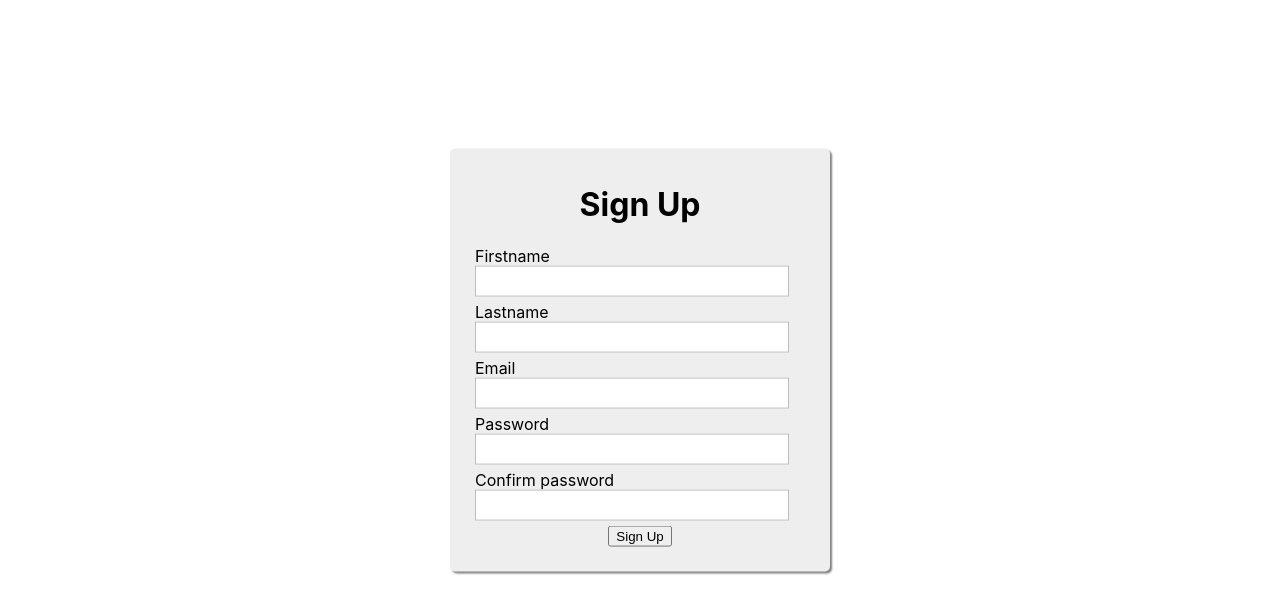
Repository: khamraeva/JSP-homework1-sighup
Page: /
An editor plug-in stored every save of this project. The page is shown before and after the next save, followed by the edit.
The browser window is 1280 px wide. The pictures show the whole page.
The project was rebuilt for these pictures with package versions that can differ from the ones it lists, and the page was loaded fresh each time. Also part of the build but not shown: src/App.css.

Above is the page before, as saved 2020-07-22 17:13:36.

After the next save:
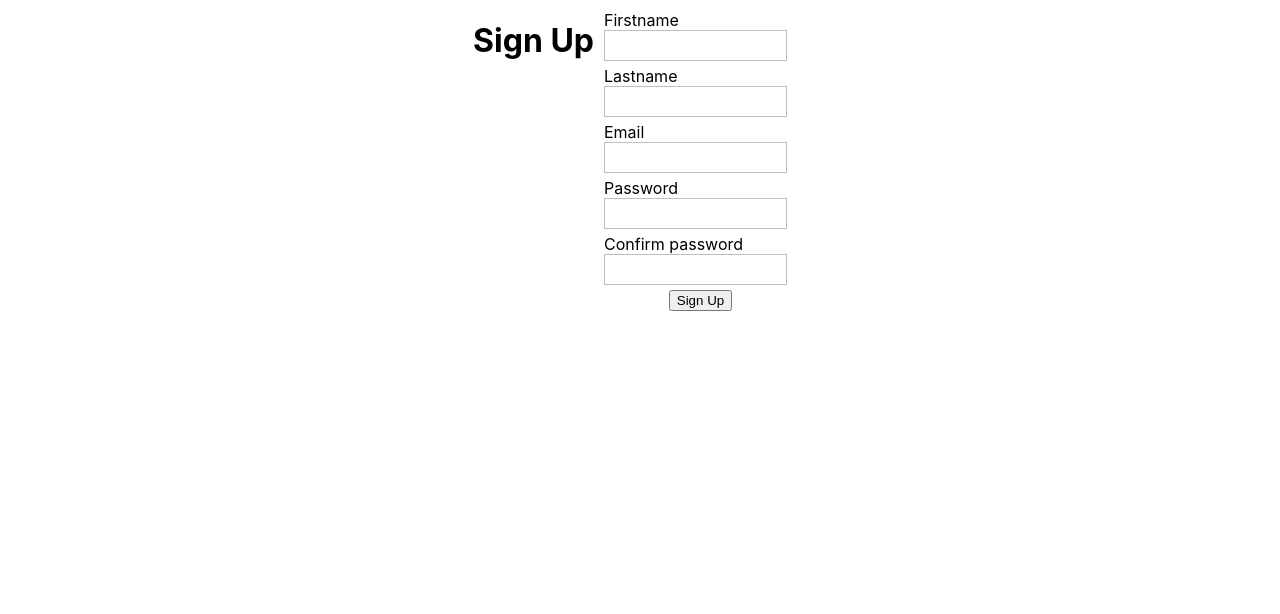
Saved 25 s later.
--- a/src/Components/SignUp/SignUp.css
+++ b/src/Components/SignUp/SignUp.css
@@ -1,5 +1,5 @@
 .signup-container {
-    padding: 50px;
+    /* padding: 50px;
     background: #ccc;
     position: fixed; top: 50%; left: 50%;
     transform: translate(-50%, -50%);
@@ -7,7 +7,9 @@
     background: #eee;
     box-shadow: 2px 2px 2px rgba(0, 0, 0, .5);
     padding: 15px;
-    border-radius: 5px;
+    border-radius: 5px; */
+    display: flex;
+    justify-content: center;
 }
 
 .signup-container h1 {
